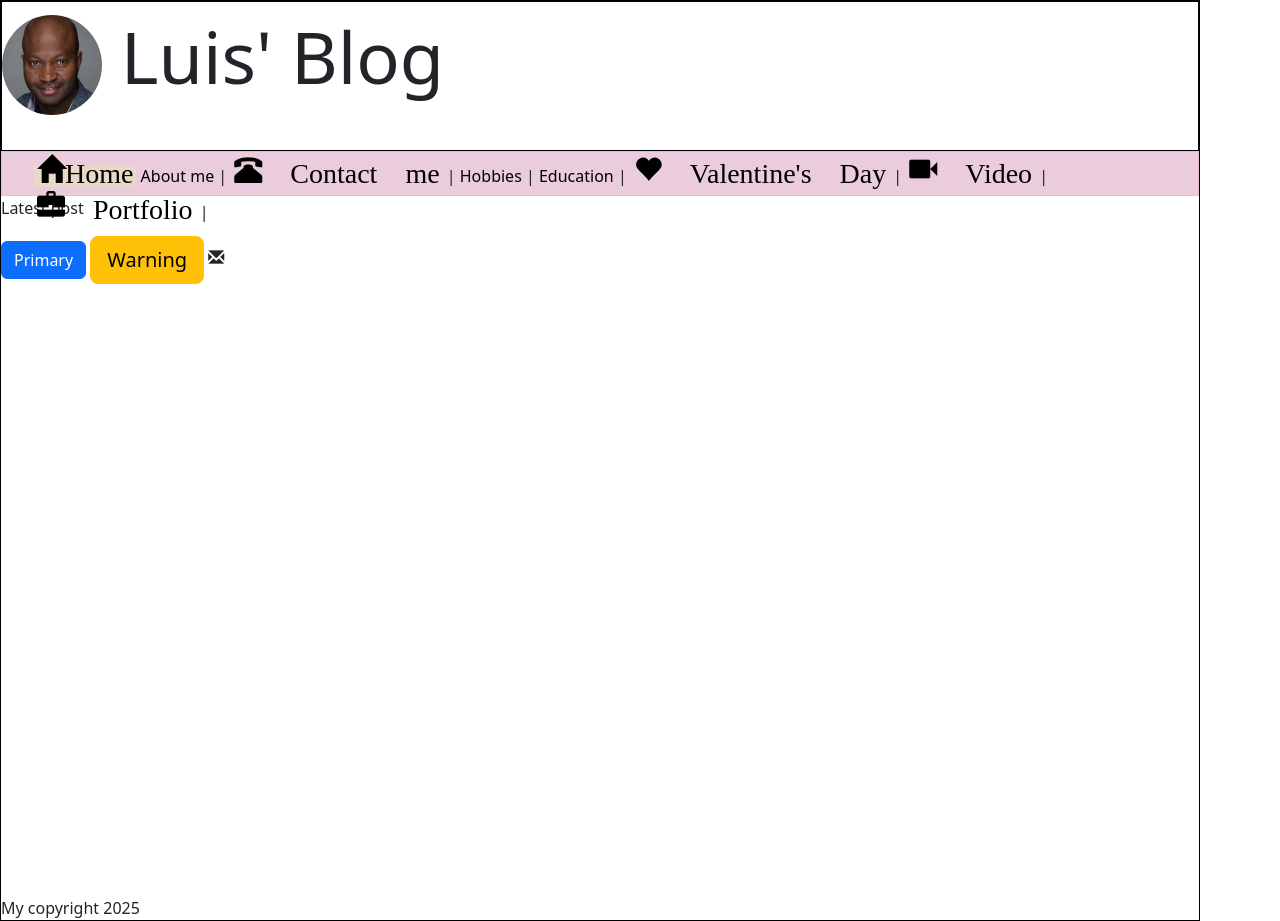
Repository: Apex-03/Apex-03.github.io
Page: careers.html
An editor plug-in stored every save of this project. The page is shown before and after the next save, followed by the edit.
The browser window is 1280 px wide. The pictures show the whole page.

Above is the page before, as saved 2025-05-02 13:56:01.

### careers.html
<!doctype html>
<html lang="en-GB">

<head>
<meta charset="utf-8" />
<meta name="viewport" content="width=width-device, initial-scale=1 strink-to-fit=no" />
<meta description="Website development, Web design" />
<title>Luis's Blog </title>
<link rel="stylesheet" type="text/css" href="mycss/myblog.css" />
<script type="text/javascript" src="myjsfiles/mytasks.js"/> </script>

<link rel="stylesheet" type="text/css" href="my_bootstrap/css/bootstrap.min.css" />

<link rel="stylesheet" type="text/css" href="glyphicons-only-bootstrap/css/bootstrap.min.css" />

<script type="text/javascript" src="my_bootstrap/js/bootstrap.min.js" /> </script>

<script type="text/javascript" src="my_jquery/jquery-3.7.1.min.js" /> </script>




</head>
<body>
<div id="mypage">
<div id="banner"> <img src="images/luis_photo.jpg" alt="photo of Luis Ibhiabor" width="100" height="100"/> Luis' Blog</div>
<div id="topnav">
<ul>
<li class="hm"> <a href="#" class="glyphicon glyphicon-home gi-2x">Home</a></li>
<li> <a href="#"> About me </a> </li> |
<li> <a href="#" class="glyphicon glyphicon-phone-alt gi-2x"> Contact me </a> </li> |
<li> <a href="#"> Hobbies </a> </li> |
<li> <a href="#"> Education </a> </li> |
<li> <a href="#" class="glyphicon glyphicon-heart gi-2x"> Valentine's Day</a> </li> |
<li> <a href="#" class="glyphicon glyphicon glyphicon-facetime-video gi-2x"> Video </a> </li> |
<li> <a href="#" class="glyphicon glyphicon glyphicon-briefcase gi-2x"> Portfolio </a> </li> |


</ul>
</div>

<div id="contentarea">
<p> Latest post</p>


<button type="button" class="btn btn-primary">Primary</button>
<button type="button" class="btn btn-warning btn-lg">Warning</button>

<span class="glyphicon glyphicon-envelope"></span>


 </div>

<div id="pagefooter"> My copyright 2025 </div>

</div>
</body>
</html>

### mycss/myblog.css

body {
background-color: #fff;
font-family: Arial, Helvetica, sans-serif;
}

#mypage {
border: 1px solid #000;
width: 1200px;
}

#banner {
height: 150px;
border: 1px solid #000;
}

#topnav {
height: 45px;
border: 1px solid #edbcca;
}

/*Improving it starts here*/
#topnav {
background-color: #eaccdc;

}

.gi-2x{font-size: 28px; padding: 3px;}
.gi-3x{font-size: 3em;}
.gi-4x{font-size: 4em;}
.gi-5x{font-size: 5em;}


#banner img {
border-radius: 50%;

/*height: 100px; width: 100px; background-color: #ff5733; margin: auto;*/
}

/*Improving it ends here*/


#topnav ul li{
text-decoration: none;
display: inline;
}

#topnav a:link {
text-decoration: none;
color: #000;
}

#topnav a:visited {
color: #caadce;
}

#topnav a:hover {
background-color: #000;
}

#contentarea {
height: 700px;

}


#banner {
font-size: 450%;

}

.hm {
height: 25px;
background-color: #e8d8c8;
}










/*
#topnav ul li {
text-decoration: none;
display: inline;

}

https://developers.google.com/fonts/docs/getting_started

#mypage {


border: 1px solid #000;
}

*/

### myjsfiles/mytasks.js
/*
document.write("Hello World!");
window.alert("Welcome to my blog!");
*/

Loaded but not shown: my_bootstrap/css/bootstrap.min.css (library); glyphicons-only-bootstrap/css/bootstrap.min.css (library); my_bootstrap/js/bootstrap.min.js (library); my_jquery/jquery-3.7.1.min.js (library)

After the next save:
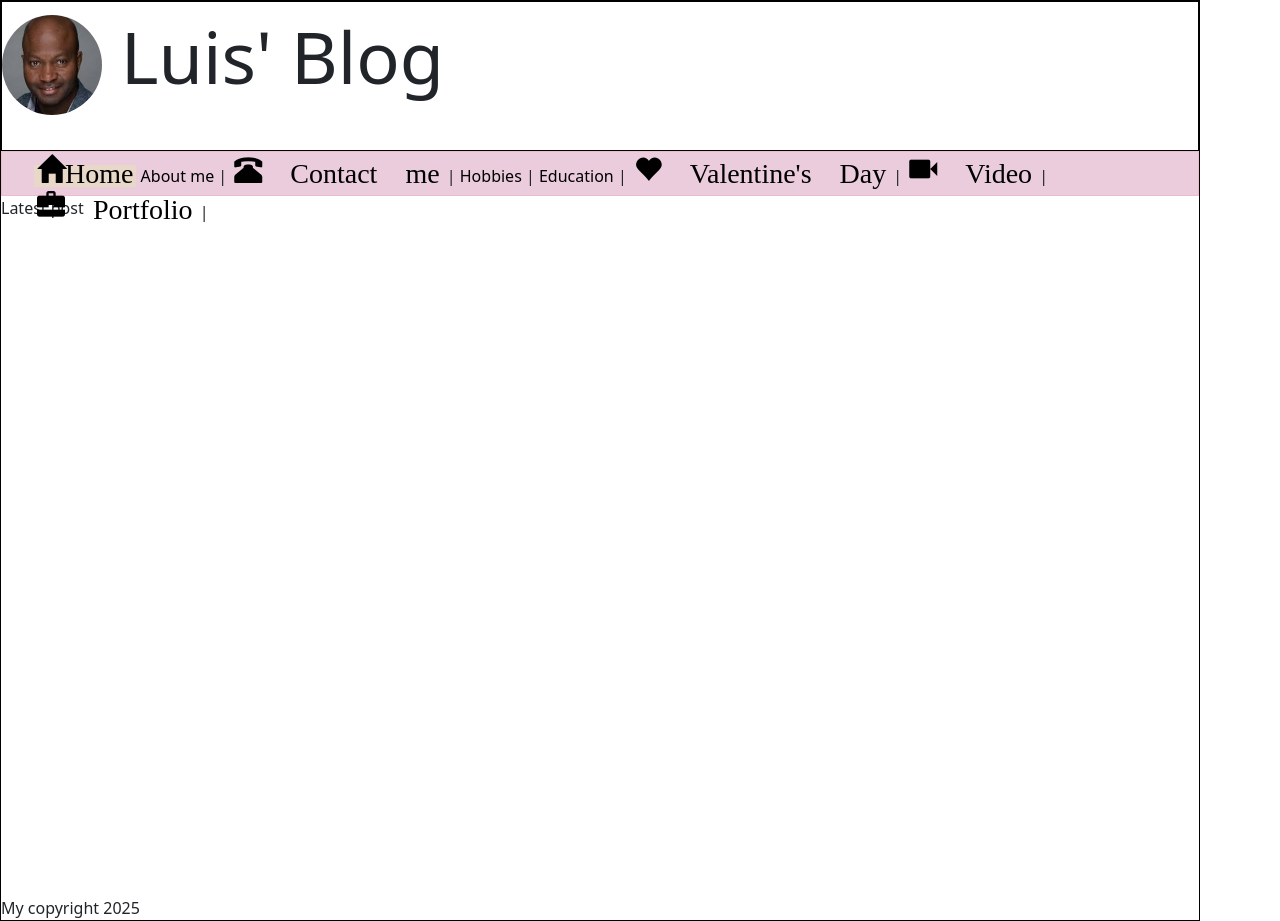
Saved 30 s later.
--- a/careers.html
+++ b/careers.html
@@ -43,11 +43,6 @@
 <p> Latest post</p>
 
 
-<button type="button" class="btn btn-primary">Primary</button>
-<button type="button" class="btn btn-warning btn-lg">Warning</button>
-
-<span class="glyphicon glyphicon-envelope"></span>
-
 
  </div>
 
